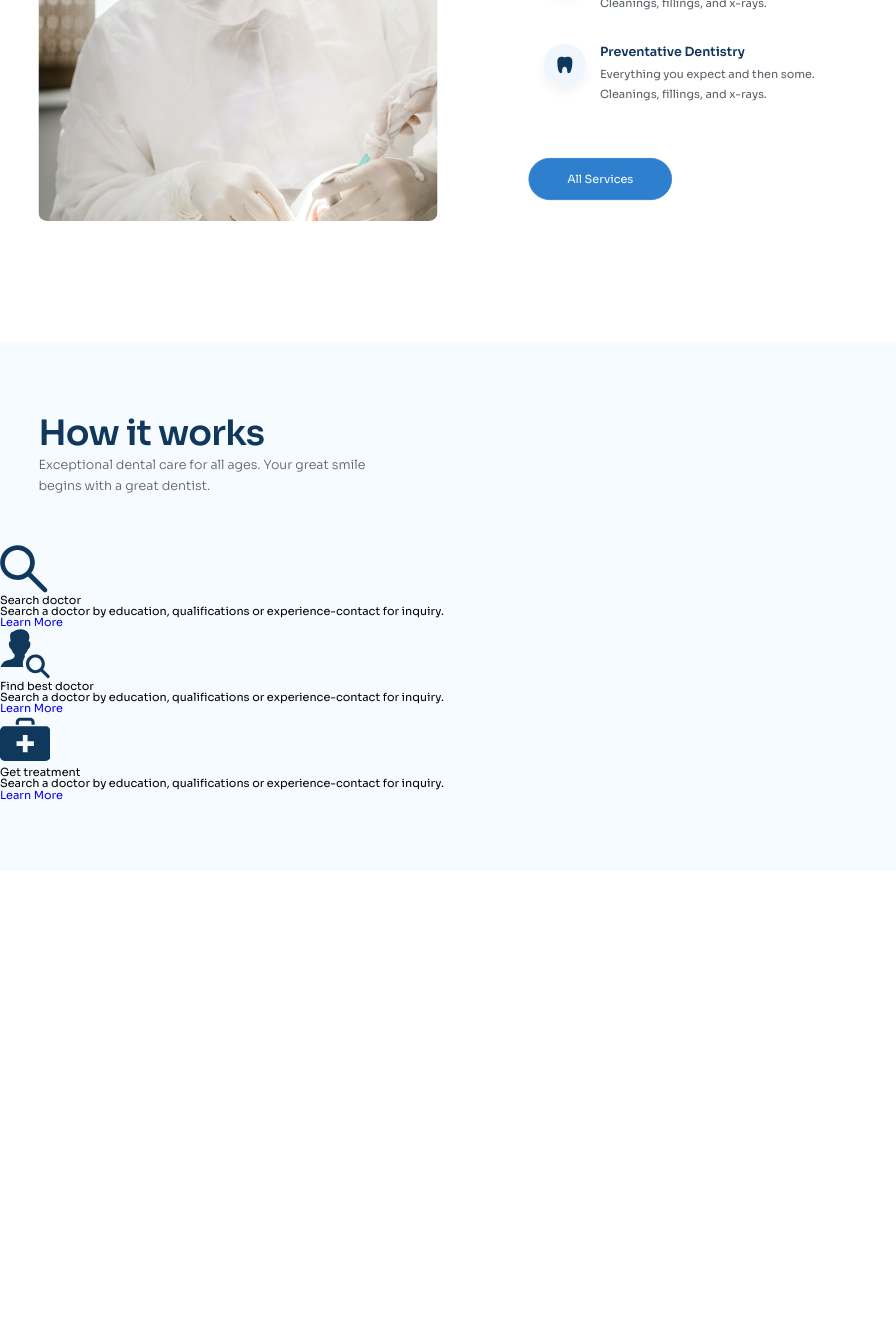
Repository: Tran-Dat/F8_Project_03
Page: index.html
The author's editor kept a copy of each file at every save. The page is drawn from the files as they stood at one save, then again after the next save.
The browser window is 1280 px wide. The pictures show the part of the page from y = 1414 to 3334 px (the page is 3800 px tall), at 70% of full size.

Above is the page before, as saved 2023-04-03 15:44:59.

After the next save:
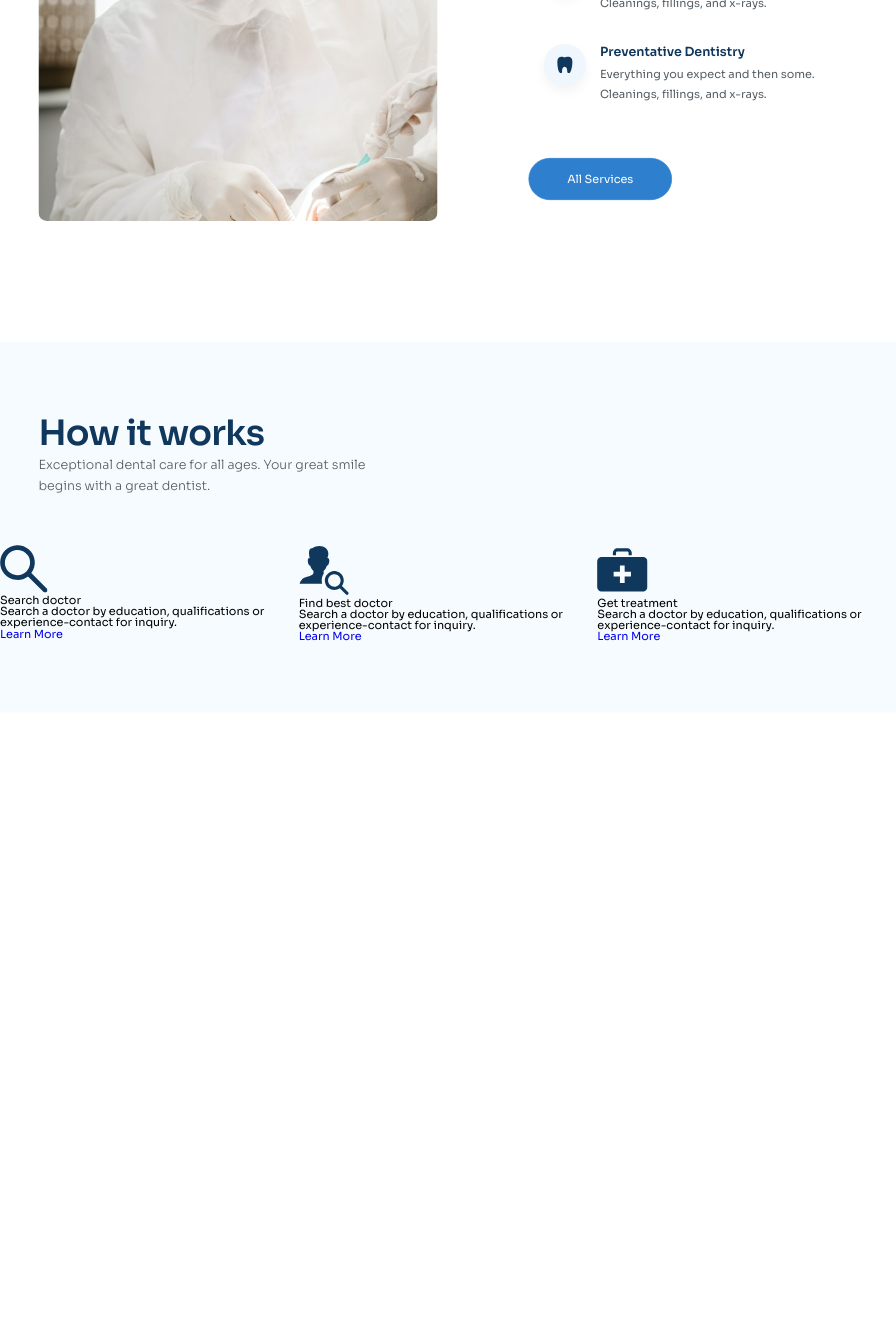
Saved 13 s later.
--- a/assets/css/style.css
+++ b/assets/css/style.css
@@ -341,6 +341,6 @@ a {
 
 .work__list {
     display: grid;
-    grid-template-columns: 3;
+    grid-template-columns: 1fr 1fr 1fr;
     margin-top: 70px;
 }
